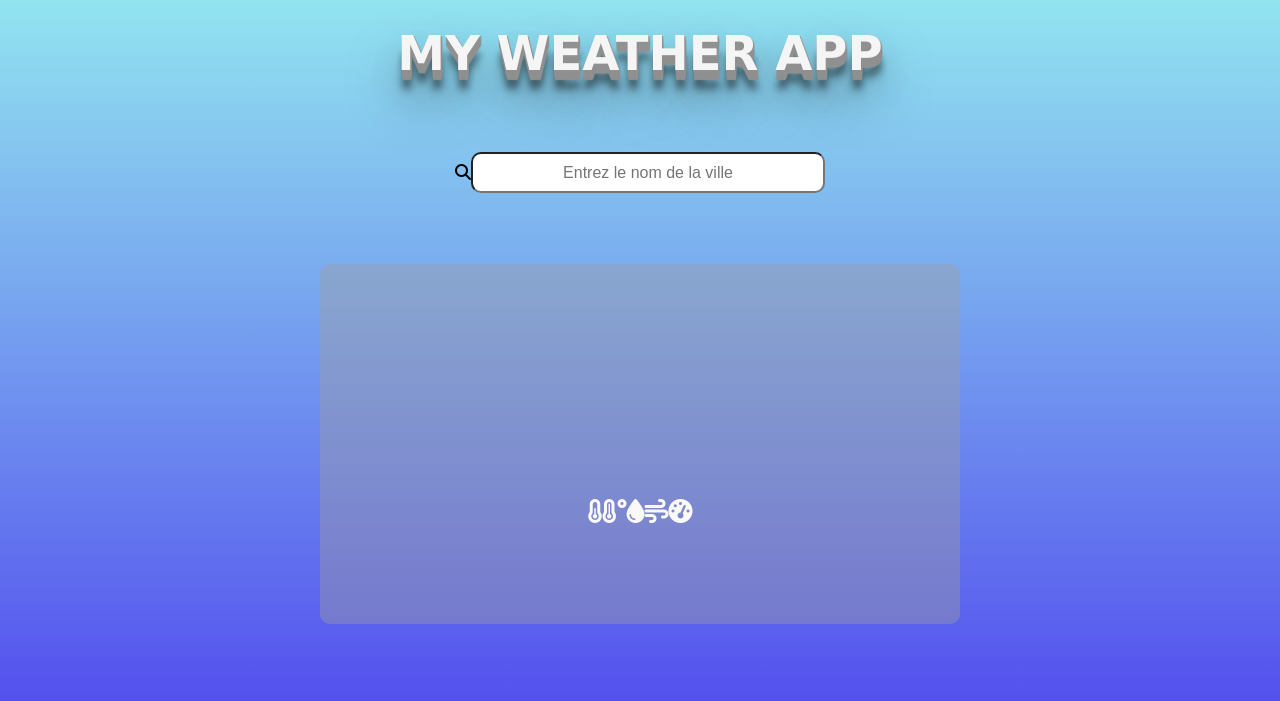
Repository: JeffnyAugustin/MyWeatherApp
Page: index.html
An editor plug-in stored every save of this project. The page is shown before and after the next save, followed by the edit.
The browser window is 1280 px wide. The pictures show the whole page.

Above is the page before, as saved 2023-11-15 17:46:32.

After the next save:
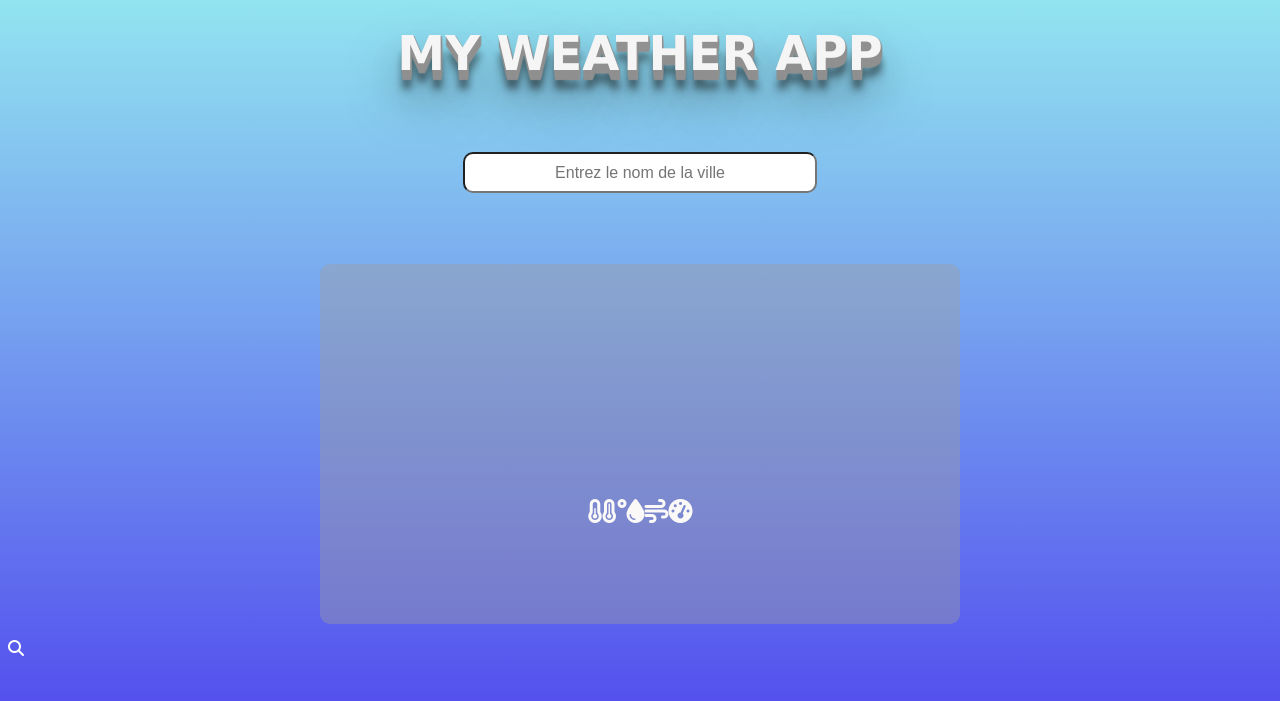
Saved 38 s later.
--- a/css/style.css
+++ b/css/style.css
@@ -36,7 +36,7 @@ body {
     padding-left: 30px; /* Ajoutez un espace pour l'icône à gauche */
 }
 
-#searchBox i.fas.fa-search{
+#searchContainer i.fas.fa-search{
     position: absolute;
     top: 90%;
     transform: translateY(-50%);
